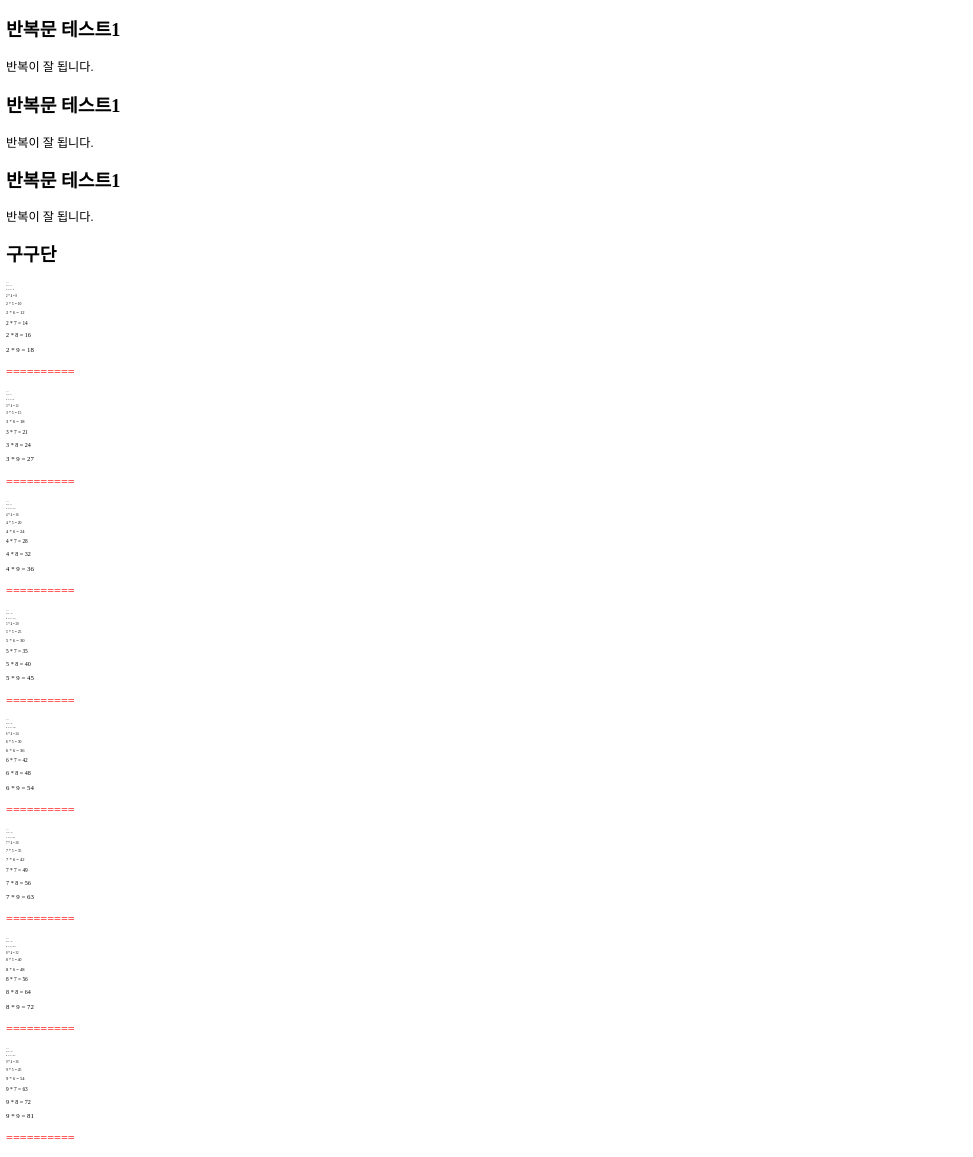
Repository: mickey530/jsp_practice
Page: http://localhost/JSPBasic/JspTag/Scriptlet.jsp
An editor plug-in stored every save of this project. The page is shown before and after the next save, followed by the edit.
The browser window is 1280 px wide. The pictures show the whole page, at 76% of full size.
The page is served by Tomcat 9.

Above is the page before, as saved 2022-01-28 03:11:33.

### JSPBasic/src/main/webapp/JspTag/Scriptlet.jsp
<%@ page language="java" contentType="text/html; charset=UTF-8"
    pageEncoding="UTF-8"%>
<!DOCTYPE html>
<html>
<head>
<meta charset="UTF-8">
<title>Insert title here</title>
</head>
<body>
	<!-- 스크립트릿 내부에는 자바 코드를 작성할 수 있으며
	이 코드를 반영해 페이지가 구성됩니다. -->
	<% for(int i = 0; i < 3; i++){ %>
		<h2>반복문 테스트1</h2>
		<p>
			반복이 잘 됩니다.
		</p>
	<% } %>

	<!-- 하단에 구구단 코드를 작성해주세요.
	System.out.println() 이 괄호 내 구문을 콘솔에 찍히게 해줬다면
	out.println()은 html화면에 괄호 내 구문을 콘솔에 찍히게 해줍니다.
	(javascript의 document.write()와 같은 역할) -->
	<h2>구구단</h2>
	<% for(int i = 2; i < 10; i++){

		for(int j = 1; j < 10; j++){
			out.println("<p style=font-size:"+ j + "px;>" + i + " * " + j +" = " + i*j + "</p>");
		}
		out.println("<p style='color:red'>==========</p>");
		}%>

</body>
</html>

After the next save:
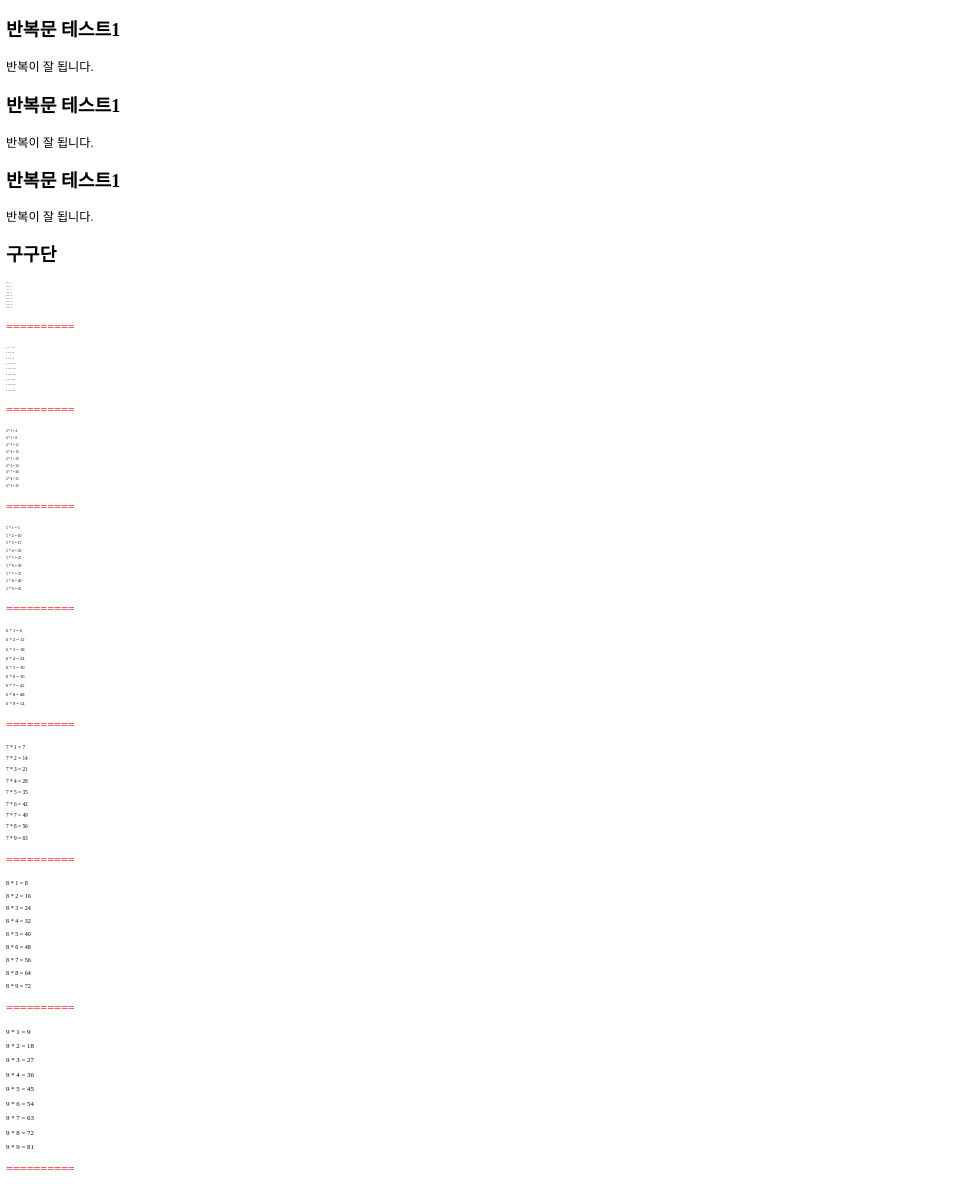
Saved 12 s later.
--- a/JSPBasic/src/main/webapp/JspTag/Scriptlet.jsp
+++ b/JSPBasic/src/main/webapp/JspTag/Scriptlet.jsp
@@ -24,7 +24,7 @@
 	<% for(int i = 2; i < 10; i++){
 
 		for(int j = 1; j < 10; j++){
-			out.println("<p style=font-size:"+ j + "px;>" + i + " * " + j +" = " + i*j + "</p>");
+			out.println("<p style=font-size:"+ i + "px;>" + i + " * " + j +" = " + i*j + "</p>");
 		}
 		out.println("<p style='color:red'>==========</p>");
 		}%>
